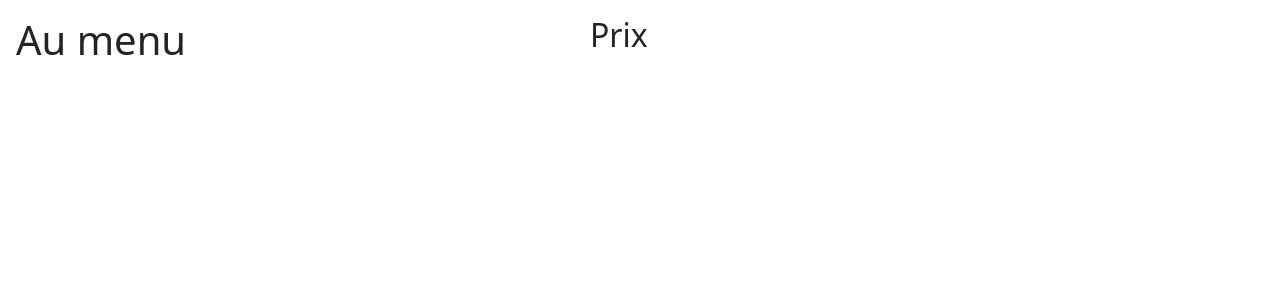
Repository: feyroozecode/meta_backed_dev_coursera
Page: intro-boostrape/index.html
The author's editor kept a copy of each file at every save. The page is drawn from the files as they stood at one save, then again after a run of saves.
The browser window is 1280 px wide. The pictures show the whole page.

Above is the page before, as saved 2023-07-06 15:49:51.

After the next 2 saves:
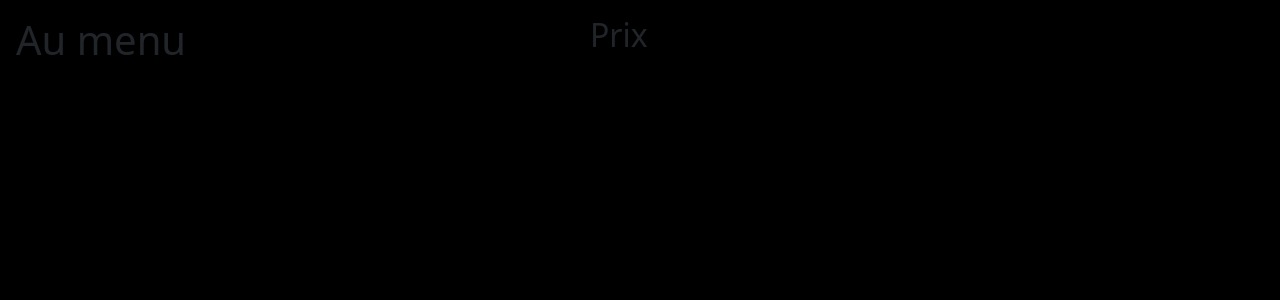
The 2 saves are shown as one change because they came seconds apart.
The last was saved 11 s later.
--- a/intro-boostrape/index.html
+++ b/intro-boostrape/index.html
@@ -6,7 +6,7 @@
     <link href="https://cdn.jsdelivr.net/npm/bootstrap@5.2.3/dist/css/bootstrap.min.css" rel="stylesheet"  />
     <title>Intro Boostrap</title>
 </head>
-<body class="bg-cool-gray-200">
+<body class="bg-black">
 
 <div>
 

After the 3 saves that followed:
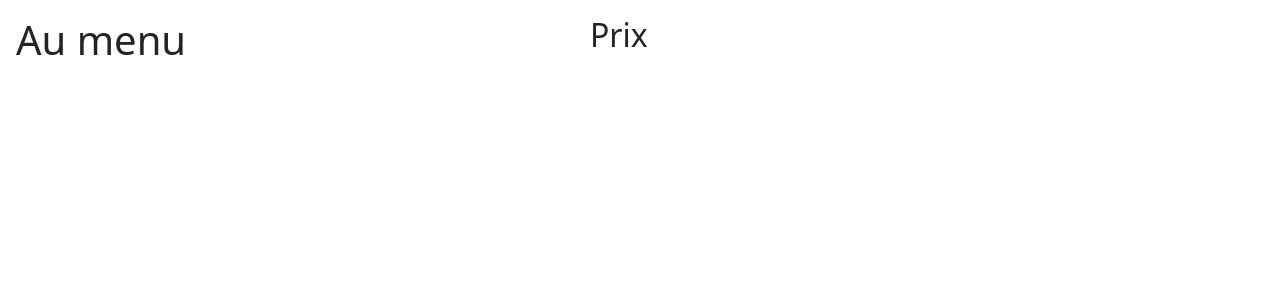
The 3 saves are shown as one change because they came seconds apart.
The last was saved 17 s later.
--- a/intro-boostrape/index.html
+++ b/intro-boostrape/index.html
@@ -6,7 +6,7 @@
     <link href="https://cdn.jsdelivr.net/npm/bootstrap@5.2.3/dist/css/bootstrap.min.css" rel="stylesheet"  />
     <title>Intro Boostrap</title>
 </head>
-<body class="bg-black">
+<body class="bg-gray-500">
 
 <div>
 
